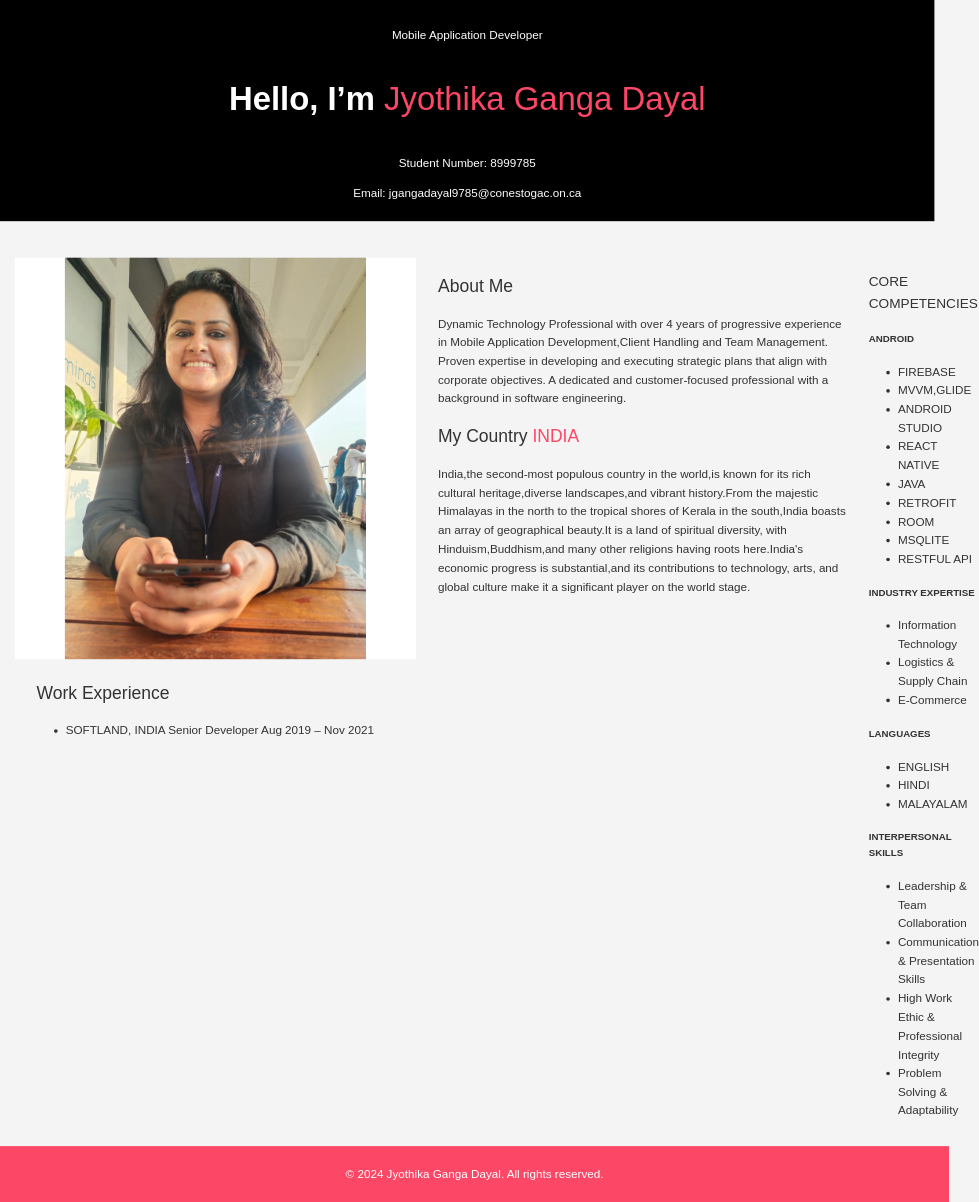
Repository: jyothika123/portfolio
Page: index.html
The author's editor kept a copy of each file at every save. The page is drawn from the files as they stood at one save, then again after the next save.
The browser window is 1280 px wide. The page is 1341 px wide, so the pictures cover 1341 px, including what lies to the right of the window. The pictures show the whole page, at 73% of full size.
Pictures or frames that could not be fetched are drawn as grey boxes. Some web fonts or font styles are not loaded; a fallback is used.

Above is the page before, as saved 2024-09-22 20:07:03.

After the next save:
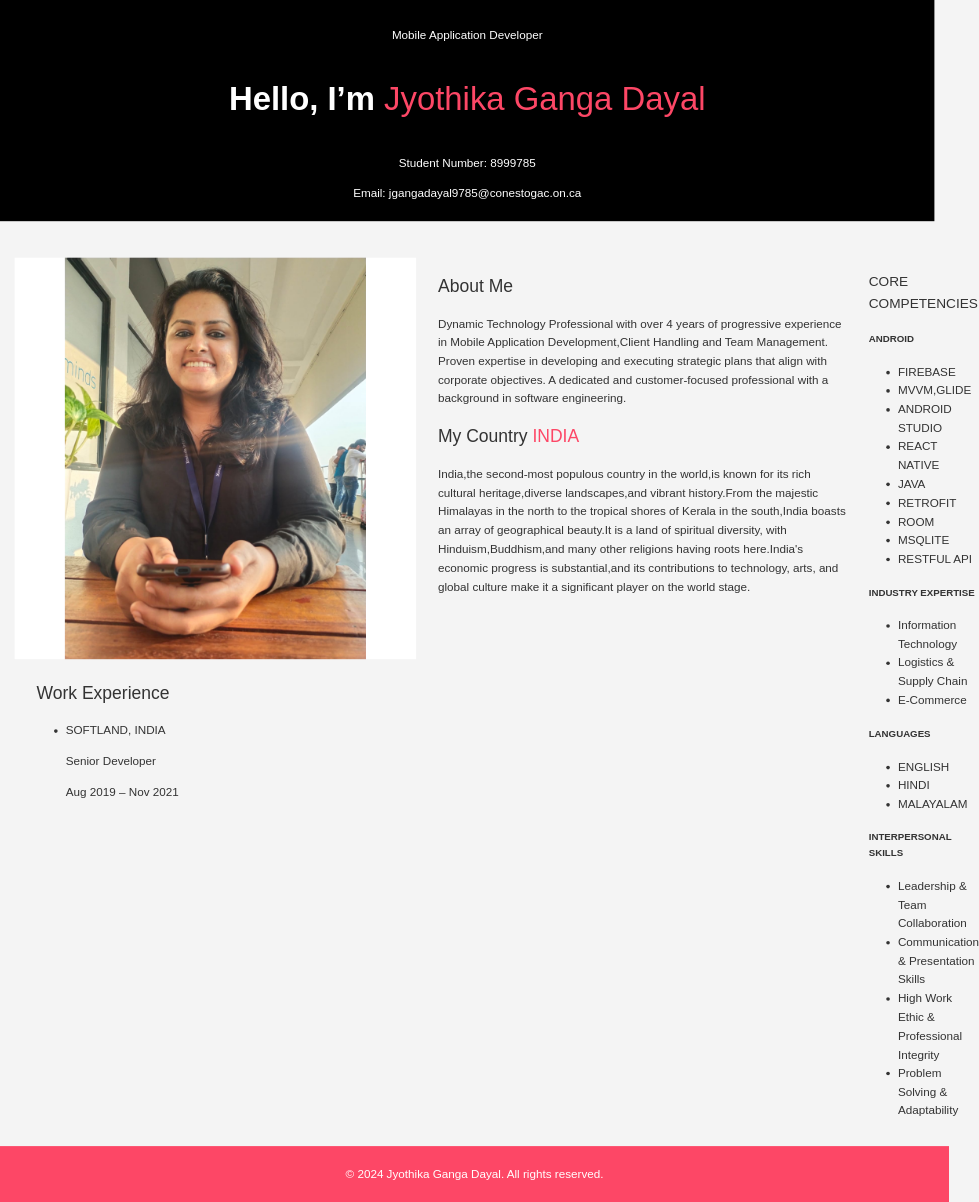
Saved 4 min 48 s later.
--- a/index.html
+++ b/index.html
@@ -28,9 +28,9 @@
                         <h2 class="anton-sc-regular">Work Experience</h2>
                         <ul >
                             <li class="anton-sc-regular">SOFTLAND, INDIA
-                                Senior Developer
-                                Aug 2019 – Nov
-                                2021</li>
+                               <p>Senior Developer</p>
+                               <p>Aug 2019 – Nov 2021</p>
+                            </li>
                         </ul>
                     </div>
                 </div>
